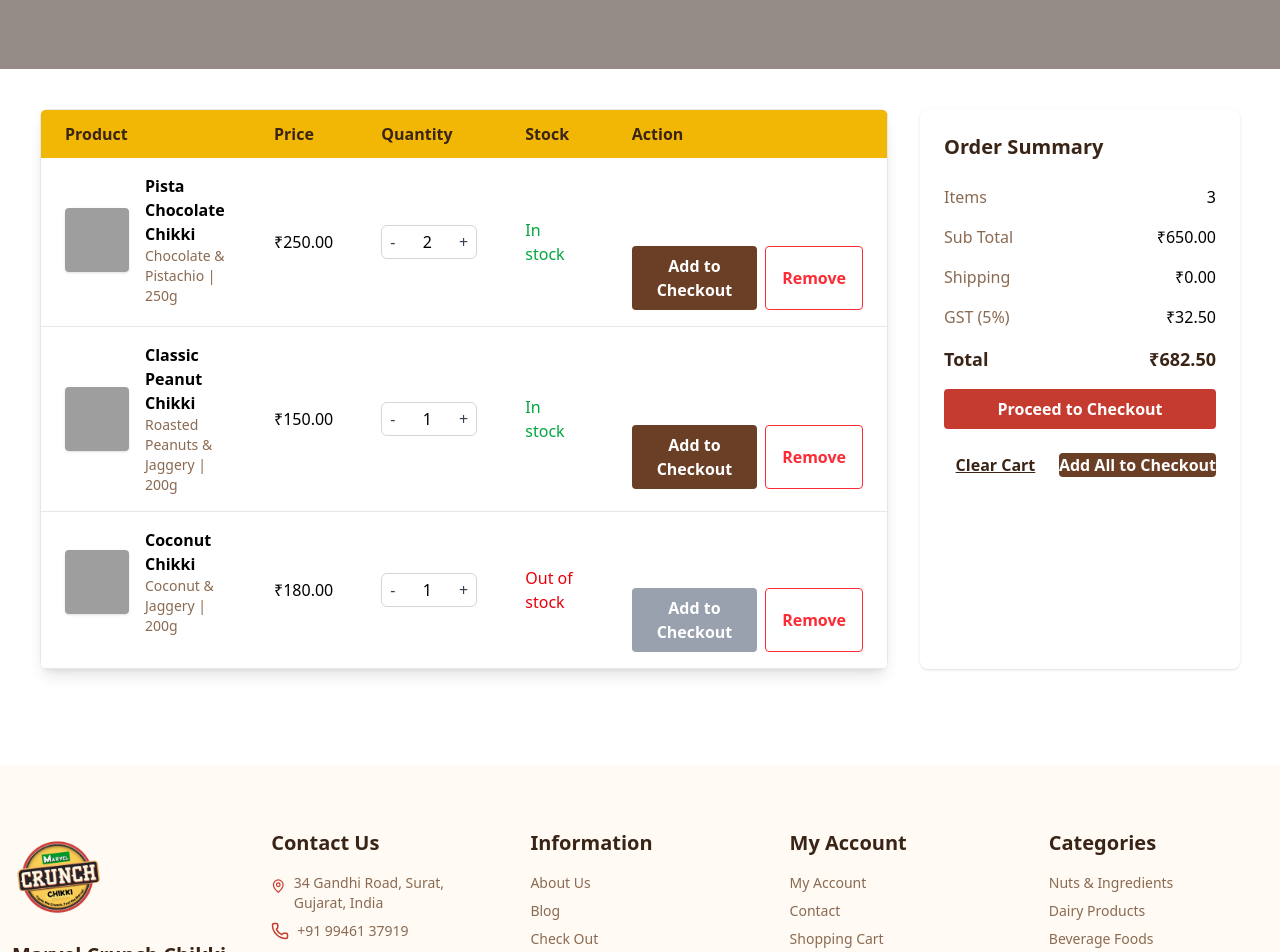
Repository: sita7411/sweet-website-frontend
Page: /cart (app in customer-website/)
These files come from the project's save history. The page is drawn as it stood at one moment and after a run of saves; the edit follows.
The browser window is 1280 px wide. The pictures show the part of the page from y = 425 to 1377 px (the page is 1611 px tall).
Pictures or frames that could not be fetched are drawn as grey boxes. The project was rebuilt for these pictures with package versions that can differ from the ones it lists, and the page was loaded fresh each time. Also part of the build but not shown: customer-website/vite.config.js, customer-website/src/components/Herosection/Herosection.jsx, customer-website/src/components/FeaturesSection/FeaturesSection.jsx, customer-website/src/components/PopularItems/PopularItems.jsx, customer-website/src/components/AboutUs/AboutUs.jsx, customer-website/src/components/BestsellerSection/BestsellerSection.jsx, customer-website/src/components/OfferSection/OfferSection.jsx, customer-website/src/components/TestimonialsSection/TestimonialsSection.jsx and 6 more.

Above is the page before, as saved 2026-01-02 10:50:27.

### customer-website/index.html
<!doctype html>
<html lang="en">
  <head>
    <meta charset="UTF-8" />
    <link rel="icon" type="image/svg+xml" href="/vite.svg" />
    <meta name="viewport" content="width=device-width, initial-scale=1.0" />
    <title>customer-website</title>
  </head>
  <body>
    <div id="root"></div>
    <script type="module" src="/src/main.jsx"></script>
  </body>
</html>

### customer-website/src/index.css

@import "tailwindcss";
:root {
  --primary: #c63b2f;
  --secondary: #6b3f26;
  --bg-main: #fffaf3;
  --bg-soft: #fff1db;
  --bg-card: #ffffff;
  --text-main: #3a2416;
  --text-muted: #8a6a52;
  --accent: #f2b705;
}

/* Hide scrollbar for Chrome, Safari and Edge */
.scrollbar-hide::-webkit-scrollbar {
  display: none;
}

/* Hide scrollbar for IE, Edge */
.scrollbar-hide {
  -ms-overflow-style: none;  /* IE and Edge */
  scrollbar-width: none;     /* Firefox */
}

### customer-website/src/App.jsx
import { BrowserRouter as Router, Routes, Route } from "react-router-dom";
import Layout from "./Layout";
import Home from "./pages/Home";
import ProductPage from "./pages/ProductPage";
import AuthPage from "./pages/AuthPage";
import Wishlist from "./pages/Wishlist";
import CartPage from "./pages/CartPage";

function App() {
  return (
    <Router>
      <Routes>
        {/* Pages that use Navbar/Footer */}
        <Route element={<Layout />}>
          <Route path="/" element={<Home />} />
          <Route path="/products" element={<ProductPage />} />
          <Route path="/wishlist" element={<Wishlist />} />
          <Route path="/cart" element={<CartPage />} />
        </Route>

        {/* Page without Navbar/Footer */}
        <Route path="/auth" element={<AuthPage />} />
      </Routes>
    </Router>
  );
}

export default App;

### customer-website/src/Layout.jsx
// Layout.jsx
import React from "react";
import TopBar from "./components/Navbar/TopBar";
import Navbar from "./components/Navbar/Navbar";
import Footer from "./components/Footer/Footer";

import { Outlet } from "react-router-dom";

export default function Layout() {
  return (
    <div>
      <TopBar />
      <Navbar />
      <main>
        <Outlet />   {/* This renders the page inside Layout */}
      </main>
      <Footer />
    </div>
  );
}

### customer-website/src/pages/CartPage.jsx
// CartPage.jsx
import React, { useState } from 'react';
import { motion } from 'framer-motion';
import { toast, ToastContainer, Slide } from 'react-toastify';
import 'react-toastify/dist/ReactToastify.css';
import { Link } from 'react-router-dom';

// Initial Cart Items (Chikki Products)
const initialCart = [
  {
    id: 1,
    title: 'Pista Chocolate Chikki',
    flavor: 'Chocolate & Pistachio',
    weight: '250g',
    price: 250,
    quantity: 2,
    stock: 'In stock',
    img: '/images/pista-chikki.png',
  },
  {
    id: 2,
    title: 'Classic Peanut Chikki',
    flavor: 'Roasted Peanuts & Jaggery',
    weight: '200g',
    price: 150,
    quantity: 1,
    stock: 'In stock',
    img: '/images/peanut-chikki.png',
  },
  {
    id: 3,
    title: 'Coconut Chikki',
    flavor: 'Coconut & Jaggery',
    weight: '200g',
    price: 180,
    quantity: 1,
    stock: 'Out of stock',
    img: '/images/coconut-chikki.png',
  },
];

const CartPage = () => {
  const [cart, setCart] = useState(initialCart);

  // Handlers
  const handleQuantityChange = (id, value) => {
    setCart((prev) =>
      prev.map((item) =>
        item.id === id ? { ...item, quantity: value < 1 ? 1 : value } : item
      )
    );
  };

  const handleRemoveItem = (id) => {
    const item = cart.find((i) => i.id === id);
    setCart((prev) => prev.filter((i) => i.id !== id));
    toast.info(`${item.title} removed from cart`);
  };

  const handleClearCart = () => {
    setCart([]);
    toast.info('Cart cleared!');
  };

  const handleAddAllToCheckout = () => {
    const inStockItems = cart.filter((item) => item.stock === 'In stock');
    if (inStockItems.length > 0) {
      toast.success('All in-stock items ready for checkout!');
    } else {
      toast.warn('No items in stock to checkout!');
    }
  };

  const subtotal = cart.reduce(
    (acc, item) => (item.stock === 'In stock' ? acc + item.price * item.quantity : acc),
    0
  );
  const shipping = subtotal > 500 ? 0 : 50;
  const taxes = subtotal * 0.05;
  const total = subtotal + shipping + taxes;

  return (
    <div className="min-h-screen ">
      {/* Banner */}
      <section className="relative h-[50vh] flex items-center justify-center overflow-hidden">
        <img
          src="/login.png"
          alt="Cart Banner"
          className="absolute inset-0 w-full h-full object-cover"
        />
        <div className="absolute inset-0 bg-[var(--secondary)]/20"></div>
        <div className="relative z-10 text-center px-4">
          <motion.h1
            initial={{ opacity: 0, y: 30 }}
            animate={{ opacity: 1, y: 0 }}
            transition={{ duration: 0.8 }}
            className="text-4xl sm:text-5xl md:text-6xl font-extrabold text-white drop-shadow-[0_3px_8px_rgba(107,63,38,0.6)]"
          >
            Your Chikki Cart
          </motion.h1>
          <motion.div
            initial={{ opacity: 0, y: 15 }}
            animate={{ opacity: 1, y: 0 }}
            transition={{ delay: 0.2 }}
            className="mt-6 flex justify-center items-center gap-3 text-white text-sm sm:text-base"
          >
            <Link
              to="/"
              className="hover:text-[var(--secondary)] hover:underline hover:font-bold transition-all duration-200"
            >
              Home
            </Link>
            <span className="font-bold">\\</span>
            <Link
              to="/products"
              className="hover:text-[var(--secondary)] hover:underline hover:font-bold transition-all duration-200"
            >
              Products
            </Link>
            <span className="font-bold">\\</span>
            <span className="font-semibold">Cart</span>
          </motion.div>
        </div>
      </section>

      {/* Cart Content */}
      <div className="container mx-auto mt-10 mb-24 px-4 md:px-10">
        {cart.length === 0 ? (
          <div className="text-center py-10 flex flex-col items-center justify-center gap-6">
            <img
              src="/empty-cart.png"
              alt="Empty Cart"
              className="w-48 h-48 sm:w-64 sm:h-64 object-cover"
            />
            <div>
              <p className="text-xl sm:text-2xl -mt-10 font-semibold text-[var(--text-main)]">
                Your cart is empty
              </p>
              <p className="text-sm sm:text-base text-[var(--text-muted)] mt-2 px-4">
                Explore our delicious chikkis and add your favorites!
              </p>
            </div>
            <Link
              to="/products"
              className="bg-[var(--accent)] text-[var(--secondary)] px-8 py-3 rounded-lg font-semibold shadow-lg hover:brightness-105 transition"
            >
              Shop Chikkis
            </Link>
          </div>
        ) : (
          <div className="flex flex-col lg:flex-row gap-8">
            {/* Left: Cart Items */}
            <div className="flex-1">
              {/* Mobile Cards */}
              <div className="block lg:hidden">
                {cart.map((item, index) => (
                  <motion.div
                    key={item.id}
                    initial={{ opacity: 0, y: 20 }}
                    animate={{ opacity: 1, y: 0 }}
                    transition={{ delay: index * 0.1 }}
                    className="bg-[var(--bg-card)] shadow-md rounded-lg p-4 mb-4 border border-gray-200"
                  >
                    <div className="flex gap-4">
                      <img
                        src={item.img}
                        alt={item.title}
                        className="w-20 h-20 object-cover rounded"
                      />
                      <div className="flex-1">
                        <h3 className="font-semibold text-lg">{item.title}</h3>
                        <p className="text-sm text-[var(--text-muted)]">
                          {item.flavor} | {item.weight}
                        </p>
                        <p className="font-bold text-lg mt-2">₹{item.price.toFixed(2)}</p>
                        <p
                          className={`font-medium mt-1 ${
                            item.stock === 'In stock' ? 'text-green-600' : 'text-red-600'
                          }`}
                        >
                          {item.stock}
                        </p>
                      </div>
                    </div>

                    <div className="mt-4 flex flex-col gap-3">
                      <div className="flex items-center justify-between">
                        <span className="text-sm font-medium">Quantity:</span>
                        <div className="flex items-center border border-gray-300 rounded-md w-28">
                          <button
                            onClick={() =>
                              handleQuantityChange(item.id, Math.max(1, item.quantity - 1))
                            }
                            className="px-3 py-1 text-gray-700"
                          >
                            -
                          </button>
                          <input
                            type="text"
                            value={item.quantity}
                            onChange={(e) => {
                              const val = parseInt(e.target.value);
                              if (!isNaN(val) && val > 0) handleQuantityChange(item.id, val);
                            }}
                            className="w-12 text-center py-1 focus:outline-none"
                          />
                          <button
                            onClick={() => handleQuantityChange(item.id, item.quantity + 1)}
                            className="px-3 py-1 text-gray-700"
                          >
                            +
                          </button>
                        </div>
                      </div>

                      <div className="flex gap-3">
                        <button
                          className={`flex-1 py-2 rounded font-semibold text-white transition ${
                            item.stock === 'In stock'
                              ? 'bg-[var(--secondary)] hover:bg-[var(--primary)]'
                              : 'bg-gray-400 cursor-not-allowed'
                          }`}
                          disabled={item.stock !== 'In stock'}
                        >
                          Add to Checkout
                        </button>
                        <button
                          className="flex-1 py-2 rounded border border-red-500 text-red-500 hover:bg-red-500 hover:text-white transition font-semibold"
                          onClick={() => handleRemoveItem(item.id)}
                        >
                          Remove
                        </button>
                      </div>
                    </div>
                  </motion.div>
                ))}
              </div>

              {/* Desktop Table */}
              <div className="hidden lg:block overflow-x-auto shadow-lg rounded-lg">
                <table className="w-full min-w-[700px] text-left border border-gray-200">
                  <thead className="bg-[var(--accent)] text-[var(--text-main)]">
                    <tr>
                      <th className="py-3 px-6">Product</th>
                      <th className="py-3 px-6">Price</th>
                      <th className="py-3 px-6">Quantity</th>
                      <th className="py-3 px-6">Stock</th>
                      <th className="py-3 px-6">Action</th>
                    </tr>
                  </thead>
                  <tbody>
                    {cart.map((item, index) => (
                      <motion.tr
                        key={item.id}
                        initial={{ opacity: 0, y: 20 }}
                        animate={{ opacity: 1, y: 0 }}
                        transition={{ delay: index * 0.1 }}
                        className="border-b border-gray-200 hover:bg-[var(--bg-soft)] transition"
                      >
                        <td className="py-4 px-6 flex items-center gap-4">
                          <img
                            src={item.img}
                            alt={item.title}
                            className="w-16 h-16 object-cover rounded shadow-sm"
                          />
                          <div>
                            <p className="font-semibold">{item.title}</p>
                            <p className="text-sm text-[var(--text-muted)]">
                              {item.flavor} | {item.weight}
                            </p>
                          </div>
                        </td>
                        <td className="py-4 px-6 font-medium">₹{item.price.toFixed(2)}</td>
                        <td className="py-4 px-6">
                          <div className="flex items-center border border-gray-300 rounded-md overflow-hidden w-24">
                            <button
                              onClick={() =>
                                handleQuantityChange(item.id, Math.max(1, item.quantity - 1))
                              }
                              className="px-2 py-1 text-gray-700"
                            >
                              -
                            </button>
                            <input
                              type="text"
                              value={item.quantity}
                              onChange={(e) => {
                                const val = parseInt(e.target.value);
                                if (!isNaN(val) && val > 0) handleQuantityChange(item.id, val);
                              }}
                              className="w-full text-center px-2 py-1 focus:outline-none"
                            />
                            <button
                              onClick={() => handleQuantityChange(item.id, item.quantity + 1)}
                              className="px-2 py-1 text-gray-700"
                            >
                              +
                            </button>
                          </div>
                        </td>
                        <td
                          className={`py-4 px-6 font-medium ${
                            item.stock === 'In stock' ? 'text-green-600' : 'text-red-600'
                          }`}
                        >
                          {item.stock}
                        </td>
                        <td className="py-4 px-6 flex gap-2">
                          <button
                            className={`px-4 py-2 rounded text-white  font-semibold transition ${
                              item.stock === 'In stock'
                                ? 'bg-[var(--secondary)] hover:bg-[var(--primary)]'
                                : 'bg-gray-400 cursor-not-allowed'
                            }`}
                            disabled={item.stock !== 'In stock'}
                          >
                            Add to Checkout
                          </button>
                          <button
                            className="px-4 py-2 rounded border border-red-500 text-red-500 hover:bg-red-500 hover:text-white transition font-semibold"
                            onClick={() => handleRemoveItem(item.id)}
                          >
                            Remove
                          </button>
                        </td>
                      </motion.tr>
                    ))}
                  </tbody>
                </table>
              </div>
            </div>

            {/* Right: Order Summary */}
            <div className="w-full lg:w-[320px] bg-[var(--bg-card)] p-6 rounded-lg shadow flex flex-col gap-4">
              <h2 className="text-xl font-bold text-[var(--text-main)] mb-2">Order Summary</h2>
              <div className="flex justify-between">
                <span className="text-[var(--text-muted)]">Items</span>
                <span>{cart.length}</span>
              </div>
              <div className="flex justify-between">
                <span className="text-[var(--text-muted)]">Sub Total</span>
                <span>₹{subtotal.toFixed(2)}</span>
              </div>
              <div className="flex justify-between">
                <span className="text-[var(--text-muted)]">Shipping</span>
                <span>₹{shipping.toFixed(2)}</span>
              </div>
              <div className="flex justify-between">
                <span className="text-[var(--text-muted)]">GST (5%)</span>
                <span>₹{taxes.toFixed(2)}</span>
              </div>
              <div className="flex justify-between font-bold text-[var(--text-main)] text-lg">
                <span>Total</span>
                <span>₹{total.toFixed(2)}</span>
              </div>
              <button className="w-full bg-[var(--primary)] text-white py-2 rounded hover:bg-[var(--secondary)] transition font-semibold">
                Proceed to Checkout
              </button>

              <div className="flex flex-col sm:flex-row gap-3 mt-2">
                <button
                  onClick={handleClearCart}
                  className="w-full text-[var(--text-main)] underline hover:text-[var(--primary)] transition font-semibold"
                >
                  Clear Cart
                </button>
                <button
                  onClick={handleAddAllToCheckout}
                  className="w-full bg-[var(--secondary)] text-white py- whitespace-nowrap rounded hover:bg-[var(--primary)] transition font-semibold"
                >
                  Add All to Checkout
                </button>
              </div>
            </div>
          </div>
        )}
      </div>

      {/* Toast */}
      <ToastContainer
        position="top-right"
        autoClose={2500}
        hideProgressBar={false}
        newestOnTop={true}
        closeOnClick
        pauseOnFocusLoss
        draggable
        pauseOnHover
        transition={Slide}
        toastStyle={{
          background: 'var(--bg-soft)',
          color: 'var(--secondary)',
          fontWeight: 600,
          borderRadius: '8px',
          boxShadow: '0 4px 12px rgba(0,0,0,0.1)',
          padding: '14px 20px',
        }}
      />
    </div>
  );
};

export default CartPage;

### customer-website/src/components/Navbar/TopBar.jsx
import { Heart } from "lucide-react";

export default function TopBar() {
  return (
    <div className="w-full bg-[var(--secondary)] text-white py-2 font-medium text-xs sm:text-sm tracking-wide flex flex-col sm:flex-row justify-center items-center gap-1 sm:gap-2 text-center sm:text-left px-4">

      <div className="flex items-center gap-1 sm:gap-2">
        <Heart className="w-4 h-4 text-white" />
        <span>
          LAST CHANCE! Order your delicious chikkis by tomorrow 9AM PT for New Year's Eve delivery.{" "}
          <a
            href="/products"
            className="underline hover:text-[var(--accent)] transition-colors duration-300"
          >
            Shop Now
          </a>
        </span>
        <span className="ml-1 text-lg hidden sm:inline">→</span>
      </div>

      {/* Mobile arrow at the end of the line */}
      </div>
  );
}

### customer-website/src/components/Navbar/Navbar.css
:root {
  --primary: #c63b2f;
  --secondary: #6b3f26;
  --bg-main: #fffaf3;
  --bg-soft: #fff1db;
  --bg-card: #ffffff;
  --text-main: #3a2416;
  --text-muted: #8a6a52;
  --accent: #f2b705;
}

.dropdown-shadow {
  box-shadow: 0 8px 20px rgba(0,0,0,0.08);
}

Loaded but not shown: customer-website/src/main.jsx (common file); customer-website/src/components/Navbar/Navbar.jsx (285 lines, source omitted); customer-website/src/components/Footer/Footer.jsx (144 lines, source omitted)

After the next 3 saves:
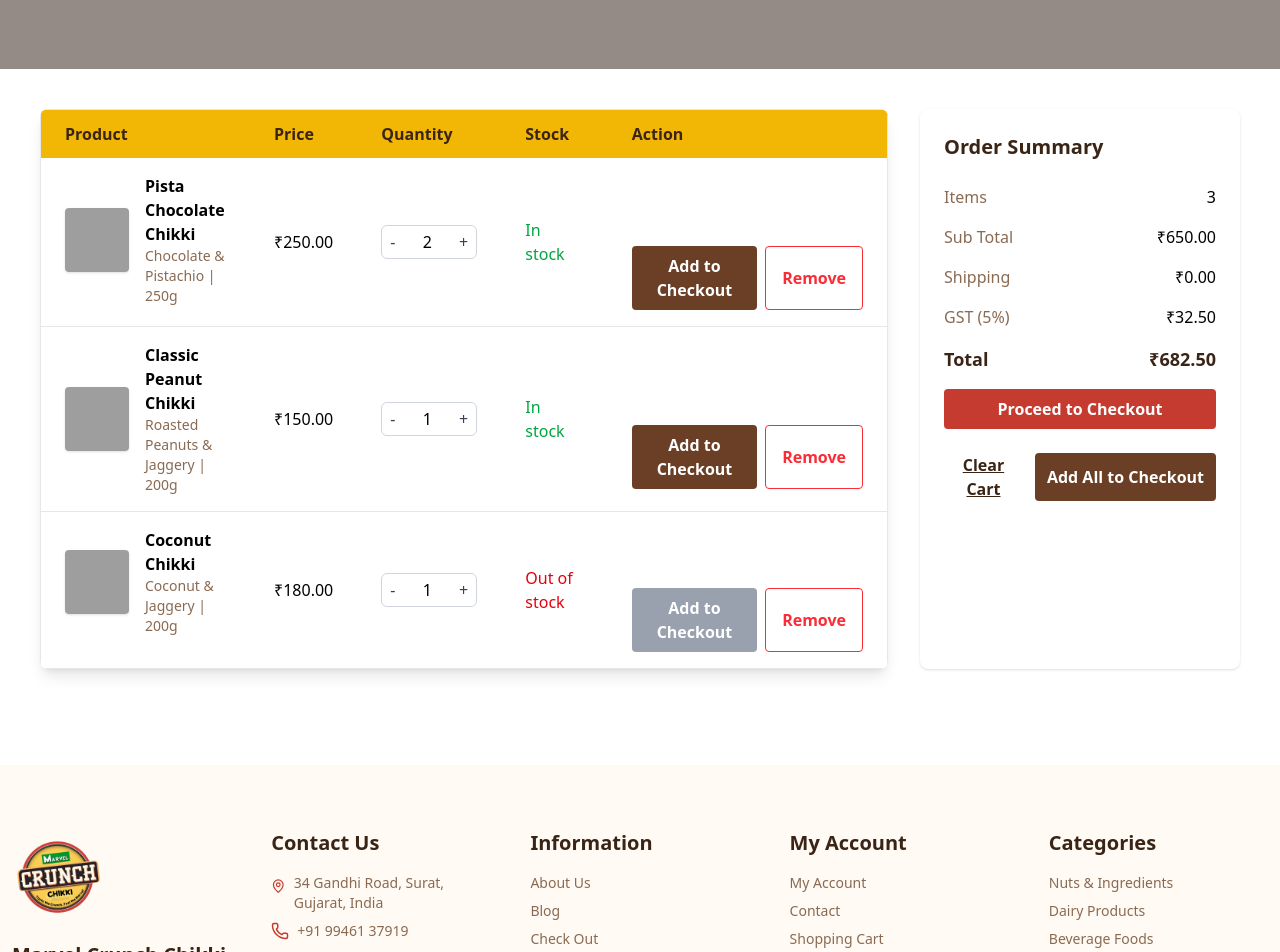
The 3 saves are shown as one change because they came seconds apart.
The last was saved 6 s later.
--- a/customer-website/src/pages/CartPage.jsx
+++ b/customer-website/src/pages/CartPage.jsx
@@ -366,7 +366,7 @@
                 </button>
                 <button
                   onClick={handleAddAllToCheckout}
-                  className="w-full bg-[var(--secondary)] text-white py- whitespace-nowrap rounded hover:bg-[var(--primary)] transition font-semibold"
+                  className="w-full bg-[var(--secondary)] text-white py-3 px-3 whitespace-nowrap rounded hover:bg-[var(--primary)] transition font-semibold"
                 >
                   Add All to Checkout
                 </button>
